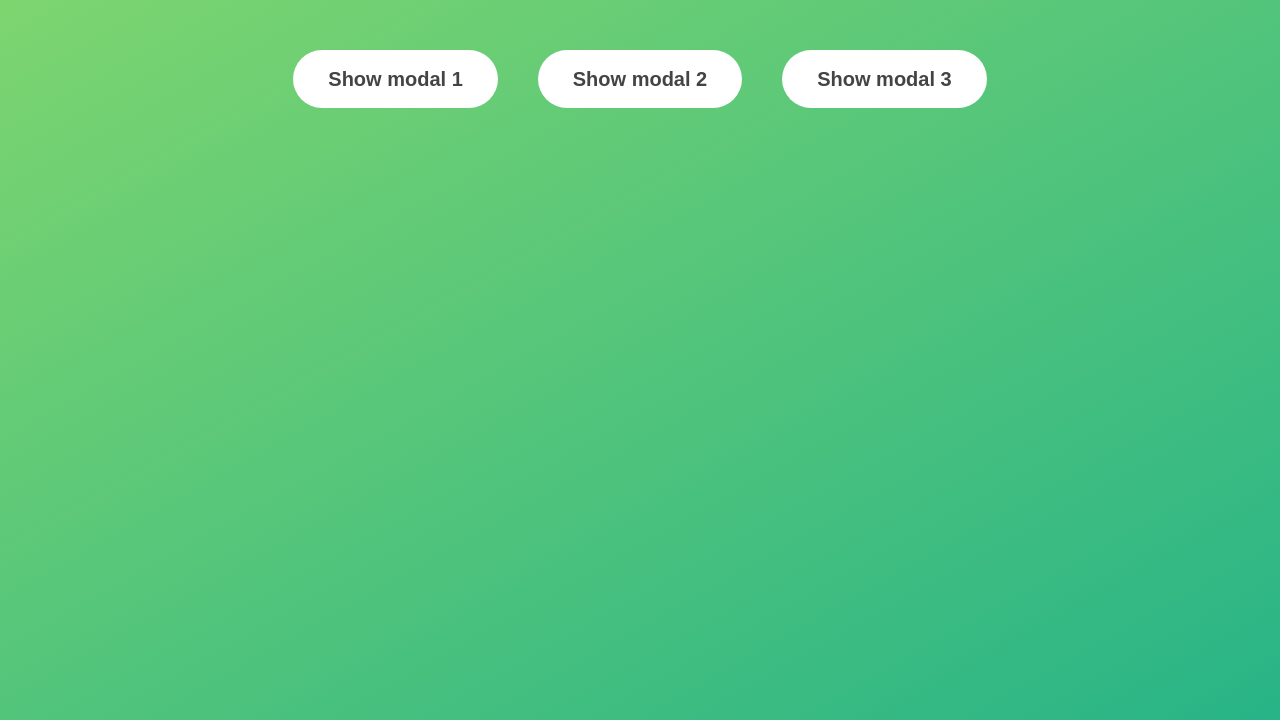
Repository: Asmat-ullah-khan/Modal-Window
Page: index.html
The author's editor kept a copy of each file at every save. The page is drawn from the files as they stood at one save, then again after the next save.
The browser window is 1280 px wide. The pictures show the whole page.
After loading, the first visible `button.show-modal` was clicked once.

Above is the page before, as saved 2025-12-17 10:24:38.

After the next save:
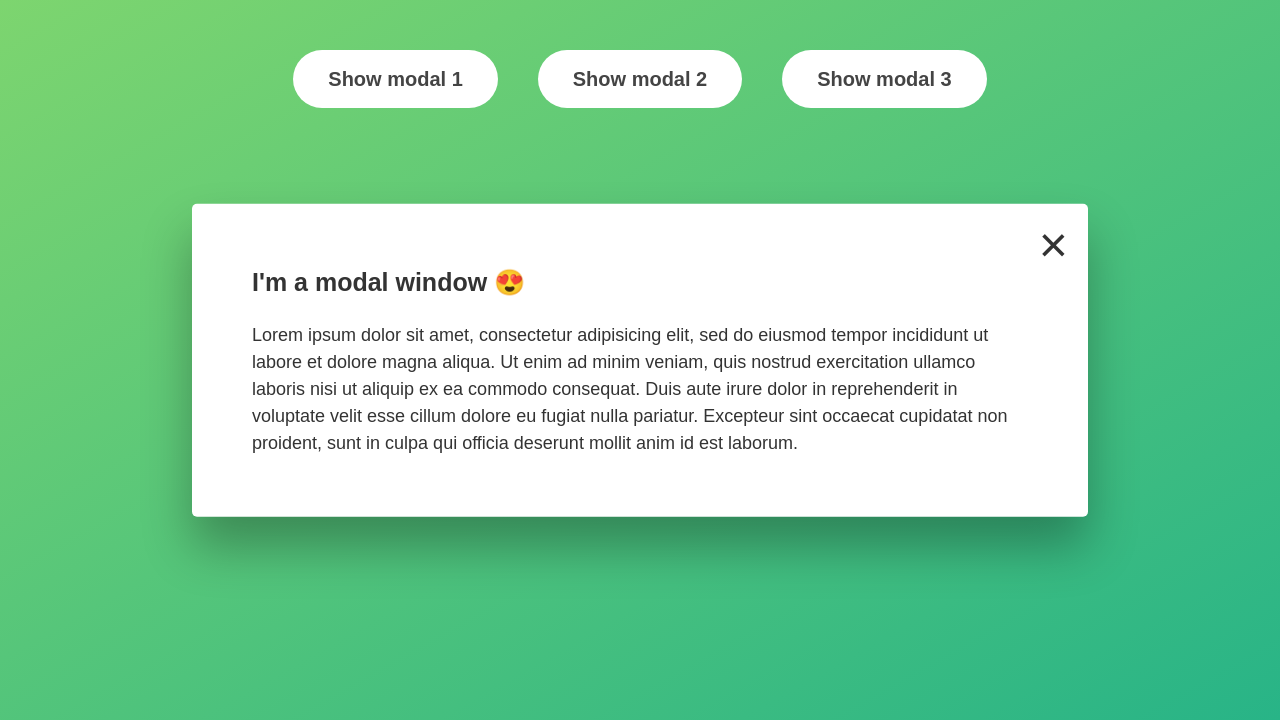
Saved 11 min 16 s later.
--- a/script.js
+++ b/script.js
@@ -4,4 +4,6 @@ const overlay = document.querySelector('.overlay');
 const btnCloseModal = document.querySelector('close-modal');
 const btnsOpenModal = document.querySelectorAll('.show-modal');
 for (let i = 0; i < btnsOpenModal.length; i++)
-  btnsOpenModal[i].addEventListener('click', function () {});
+  btnsOpenModal[i].addEventListener('click', function () {
+    modal.classList.remove('hidden');
+  });
